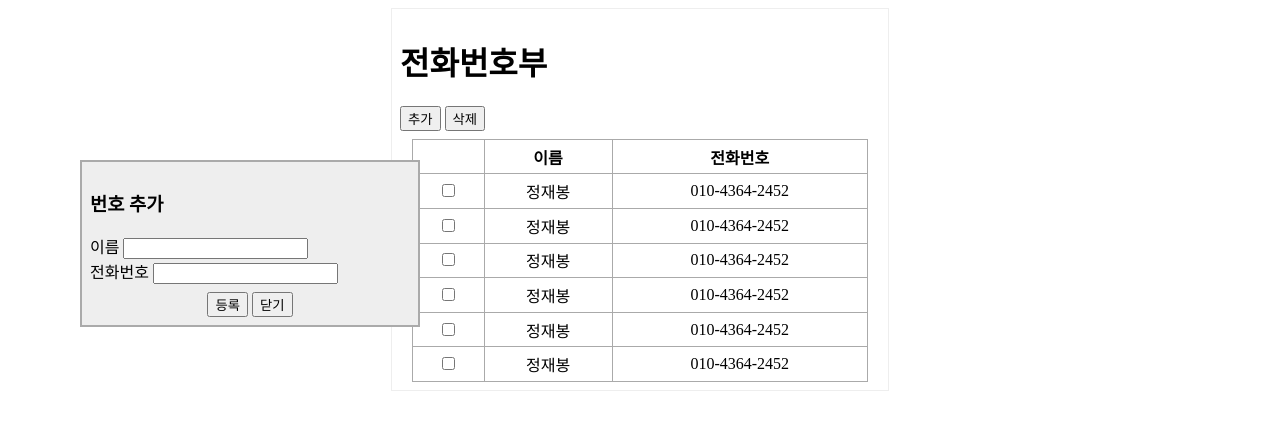
Repository: limjh0513/DGSW_JAVA
Page: 2학기/JAVA_WEB/web/src/main/webapp/phoneBook/phoneBook.html
The author's editor kept a copy of each file at every save. The page is drawn from the files as they stood at one save, then again after the next save.
The browser window is 1280 px wide. The pictures show the whole page.

Above is the page before, as saved 2021-11-03 03:26:15.

After the next save:
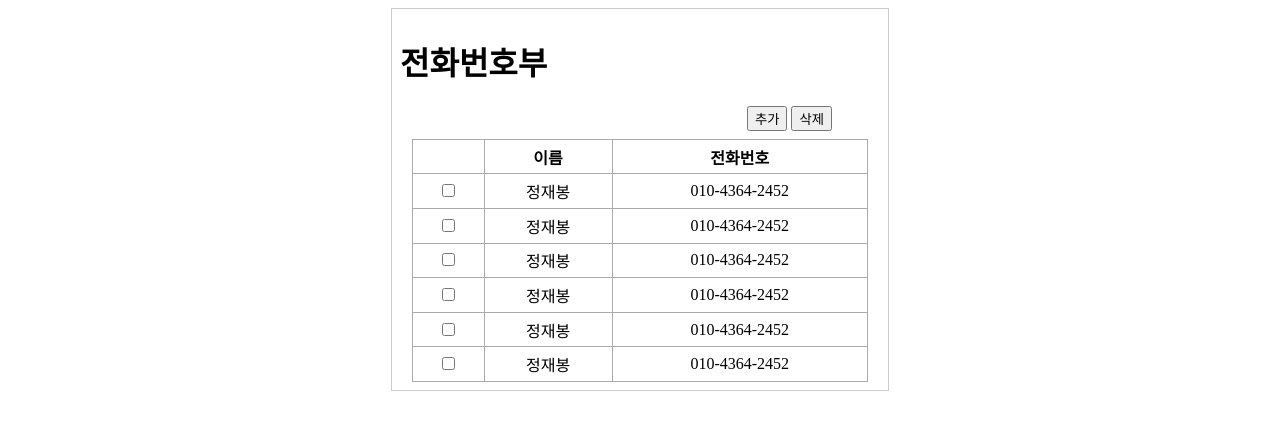
Saved 10 s later.
--- a/2학기/JAVA_WEB/web/src/main/webapp/phoneBook/css/phoneBook.css
+++ b/2학기/JAVA_WEB/web/src/main/webapp/phoneBook/css/phoneBook.css
@@ -1,15 +1,15 @@
-@charset "EUC-KR";
+@charset "UTF-8";
 
 .main {
 	width: 30rem;
-	border: 1px solid #EEE;
+	border: 1px solid #CCC;
 	margin: 0 auto 0 auto;
 	padding: 0.5rem;
 	position: relative;
 }
 
 .btn {
-	text-align: rigth;
+	text-align: right;
 	padding-right: 3rem;
 	margin-bottom: 0.5rem;
 }
@@ -20,7 +20,7 @@
 	border-collapse: collapse;
 }
 
-.list th, td {
+.list th,td {
 	border: 1px solid #AAA;
 	padding: 0.3rem;
 	text-align: center;
@@ -35,8 +35,10 @@
 	left: 5rem;
 	background-color: #EEE;
 	padding: 0.5rem;
+	display: none;
 }
 
 .registerLayer label {
 	display: inline-block;
+	width: 6rem;
 }
